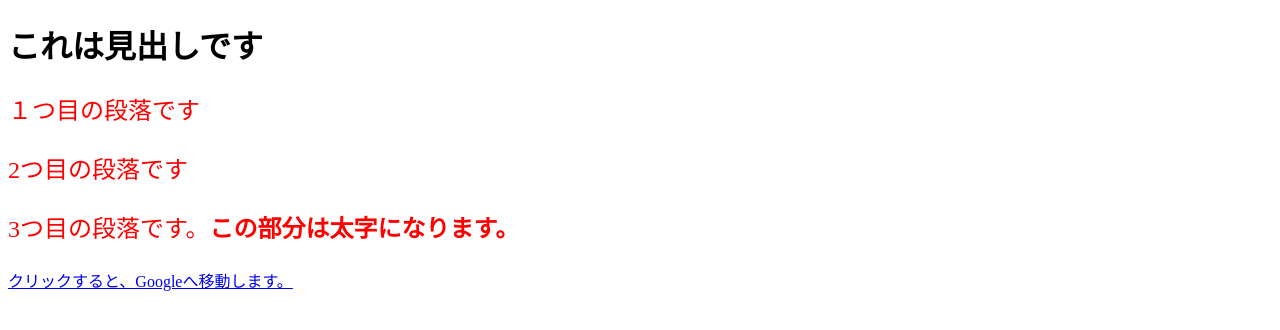
Repository: gorirawomen/first_app
Page: html_css/css_grammar/index.html
The author's editor kept a record of every edit. The page is drawn from the files as they stood at one moment, then again after the next edit.
The browser window is 1280 px wide. The pictures show the whole page.

Above is the page before.

After the next edit:
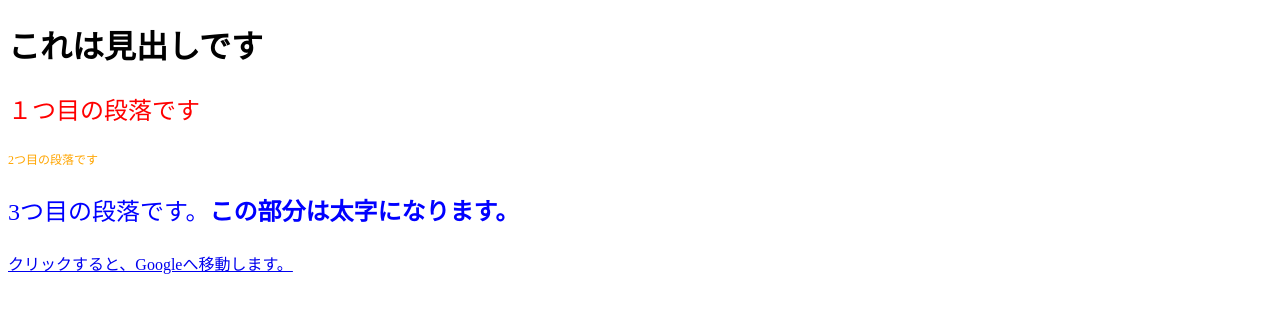
The edit:
--- a/html_css/css_grammar/index.html
+++ b/html_css/css_grammar/index.html
@@ -7,15 +7,15 @@
   </head>
   <body>
     <h1>
-      これは見出しです
+       これは<span class="blue">見出し</span>です
     </h1>
     <p>
       １つ目の段落です
     </p>
-    <p>
+    <p class="second-message">
       2つ目の段落です
     </p>
-    <p>
+    <p id="third-message">
       3つ目の段落です。<b>この部分は太字になります。</b>
     </p>
      <a href="https://www.google.com/">クリックすると、Googleへ移動します。</a>
